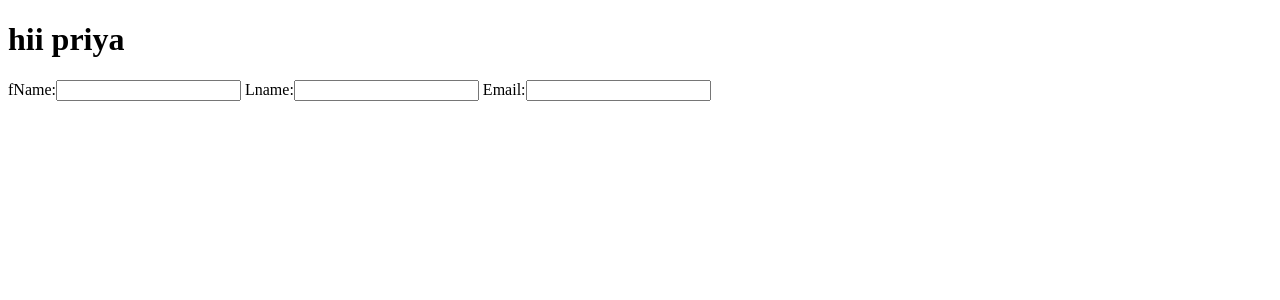
Repository: priyaadya/spring-practice-codes
Page: http://localhost/servletpractice/
An editor plug-in stored every save of this project. The page is shown before and after the next save, followed by the edit.
The browser window is 1280 px wide. The pictures show the whole page.
The page is served by Tomcat 9. Other server files are loaded and not shown.

Above is the page before, as saved 2023-05-28 10:02:24.

### servletpractice/src/main/webapp/index.jsp
<%@ page language="java" contentType="text/html; charset=ISO-8859-1"
    pageEncoding="ISO-8859-1"%>
<!DOCTYPE html>
<html>
<head>
<meta charset="ISO-8859-1">
<title>Insert title here</title>
</head>
<body>
<h1>hii priya</h1>
<form>
fName:<input type="text" name="fnm">
Lname:<input type="text" name="lnm">
Email:<input type="text" name="em">
</form>

</body>
</html>

After the next save:
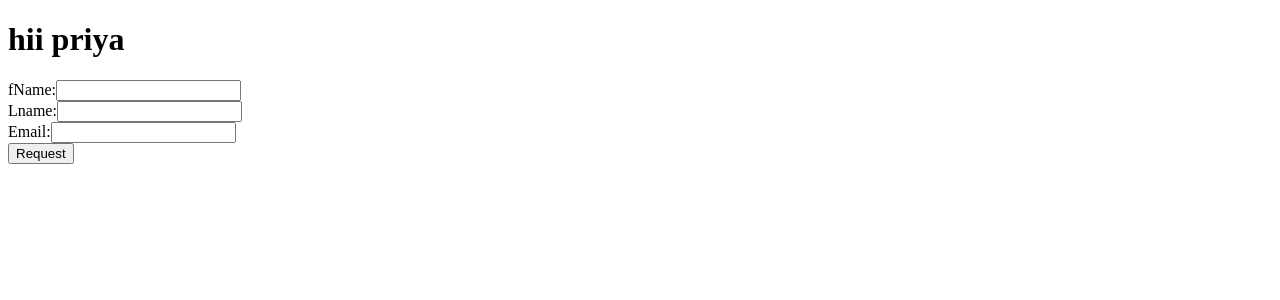
Saved 41 s later.
--- a/servletpractice/src/main/webapp/index.jsp
+++ b/servletpractice/src/main/webapp/index.jsp
@@ -9,9 +9,10 @@
 <body>
 <h1>hii priya</h1>
 <form>
-fName:<input type="text" name="fnm">
-Lname:<input type="text" name="lnm">
-Email:<input type="text" name="em">
+fName:<input type="text" name="fnm"><br>
+Lname:<input type="text" name="lnm"><br>
+Email:<input type="text" name="em"><br>
+<input type="submit" value="Request">
 </form>
 
 </body>
